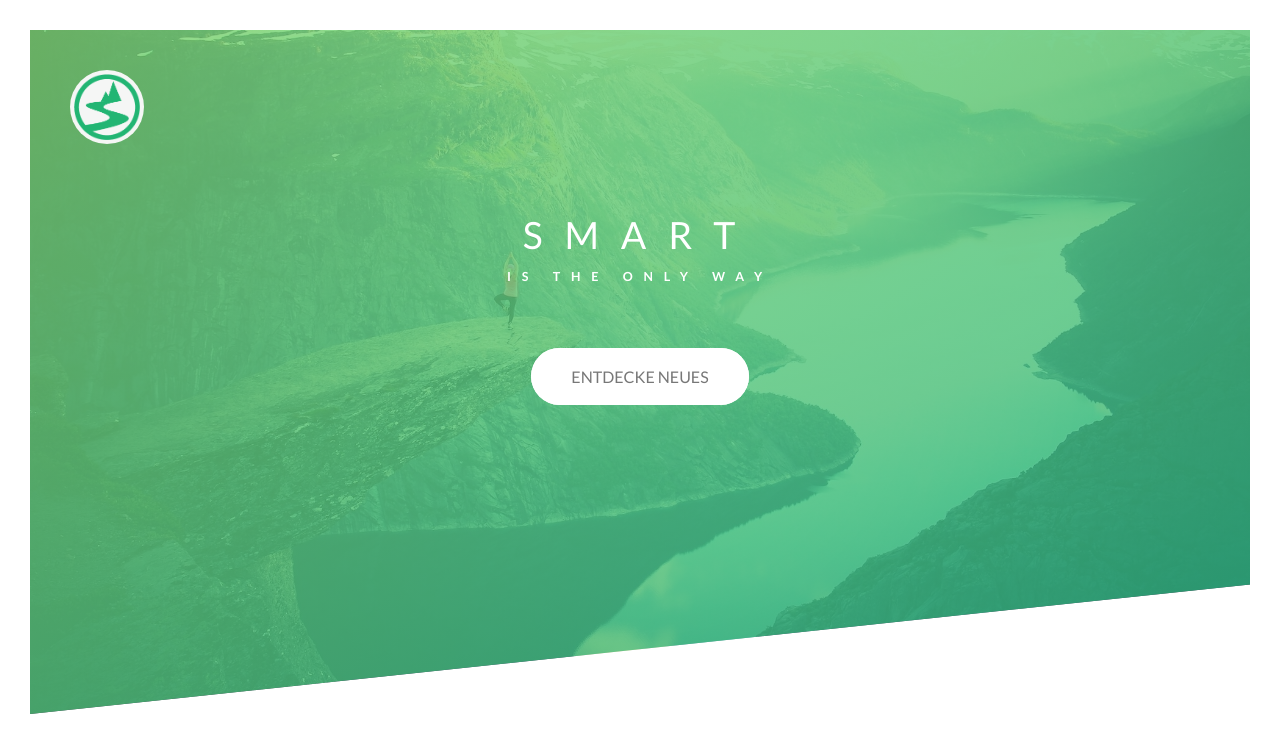
Repository: mukiSabljakovic/NatoursV1
Page: index.html
The author's editor kept a copy of each file at every save. The page is drawn from the files as they stood at one save, then again after the next save.
The browser window is 1280 px wide. The pictures show the whole page.
Some web libraries are served in a nearby version.

Above is the page before, as saved 2020-05-11 17:04:47.

### index.html
<!DOCTYPE html>
<html lang="en">
    <head>
        <meta charset="UTF-8">
        <meta name="viewport" content="width=device-width, initial-scale=1.0">

        <link href="https://fonts.googleapis.com/css?family=Lato:100,300,400,700,900" rel="stylesheet">

        <link rel="stylesheet" href="https://use.fontawesome.com/releases/v5.13.0/css/all.css" integrity="sha384-Bfad6CLCknfcloXFOyFnlgtENryhrpZCe29RTifKEixXQZ38WheV+i/6YWSzkz3V" crossorigin="anonymous">
        <link rel="stylesheet" href="style.css">
        <link rel="stylesheet" href="css/style.css">
        <link rel="shortcut icon" type="image/png" href="img/favicon.png">

        <title>Natours | Exciting tours for adventurous people</title>
    </head>
    <body>
       <header class="header">
           <div class="header__logo-box">
               <img class="header__logo" src="img/logo.png" alt="Natours Logo">
           </div>

           <div class="header__text-box">
               <h1 class="heading-primary">
                   <span class="heading-primary--main">Smart</span>
                   <span class="heading-primary--sub">is the only way</span>
               </h1>
               <a href="#" class="btn btn--white btn--animated">Entdecke neues</a>
           </div>

       </header>

    </body>
</html>

### css/style.css
@import url('https://fonts.googleapis.com/css2?family=Lato:wght@300;400;900&display=swap');

/*
COLORS:

Light green: #7ed56f
Medium green: #55c57a
Dark green: #28b485

*/

/* Basic Reset */


*,
*::after,
*::before {
    margin: 0;
    padding: 0;
    box-sizing: inherit;
}

html {
    font-size: 10px;
}

body {
    font-family: 'Lato', sans-serif;
    font-weight: 400;
    font-size: 1.6rem;
    line-height: 1.7;
    color: #777;
    padding: 3rem;

    box-sizing: border-box;
}

.header {
    height: 95vh;
    background-image: linear-gradient(
        to right bottom,
        rgba(126, 213, 111, .8),
        rgba(40, 180, 131, .8)),
        url(../img/hero.jpg);
    background-size: cover;
    background-position: top;

    clip-path: polygon(0 0, 100% 0, 100% 77vh, 0 100%);
    position: relative;
}

.header__logo-box {
    position: absolute;
    top: 4rem;
    left: 4rem;
    background: rgb(245, 246, 245);
    border-radius: 100%;
    display: flex;
    padding: .4rem;
}

.header__logo {
    height: 66px;
}

.header__text-box {
    position: absolute;
    top: 40%;
    left: 50%;
    transform: translate(-50%, -50%);
    text-align: center;
}

.heading-primary {
    color: #fff;
    text-transform: uppercase;

    /* Fix animation shaking */
    backface-visibility: hidden;
    margin-bottom: 60px;
}

.heading-primary--main {
    display: block;
    font-size: 3.75rem;
    font-weight: 400;
    letter-spacing: 2.1875rem;

    animation-name: moveInLeft;
    animation-duration: 1s;
    animation-timing-function: ease-out;
}

.heading-primary--sub {
    display: block;
    font-size: 1.25rem;
    font-weight: 700;
    letter-spacing: 1.0875rem;

    animation: moveInRight 1s ease-out;
}

@keyframes moveInLeft {
    0% {
        opacity: 0;
        transform: translateX(-100%);
    }

    80% {
        transform: translateX(10px);
    }

    100% {
        opacity: 1;
        trannsform: translate(0);
    }
}

@keyframes moveInRight {
    0% {
        opacity: 0;
        transform: translateX(100%);
    }

    80% {
        transform: translateX(-10px);
    }

    100% {
        opacity: 1;
        transform: translate(0);
    }
}

@keyframes moveInBottom {
    0% {
        opacity: 0;
        transform: translateY(-30px);
    }

    100% {
        opacity: 1;
        transform: translate(0);
    }
}

.btn:link,
.btn:visited {
    text-transform: uppercase;
    text-decoration: none;
    padding: 15px 40px;
    display: inline-block;
    border-radius: 100px;
    transition: all .2s;
}

.btn:hover {
    transform: translateY(-3px);
    box-shadow: 0 10px 20px rgba(0, 0, 0, .2);
}

.btn:active {
    transform: translateY(-1px);
    box-shadow: 0 10px 10px rgba(0, 0, 0, .2);
}

.btn--white {
    background-color: #fff;
    color: #777;
    position: relative;
}

.btn::after {
    content: "";
    display: inline-block;
    height: 100%;
    width: 100%;
    border-radius: 100px;
    position: absolute;
    top: 0;
    left: 0;
    z-index: -1;
    transition: all .2s;
}

.btn--white::after {
    background-color: #fff;
}

.btn:hover::after {
    transform: scaleX(1.4) scaleY(1.6);
    opacity: 0;
}

.btn--animated {
    animation: moveInBottom .5s ease-out .75s;
    animation-fill-mode: backwards;
}

After the next save:
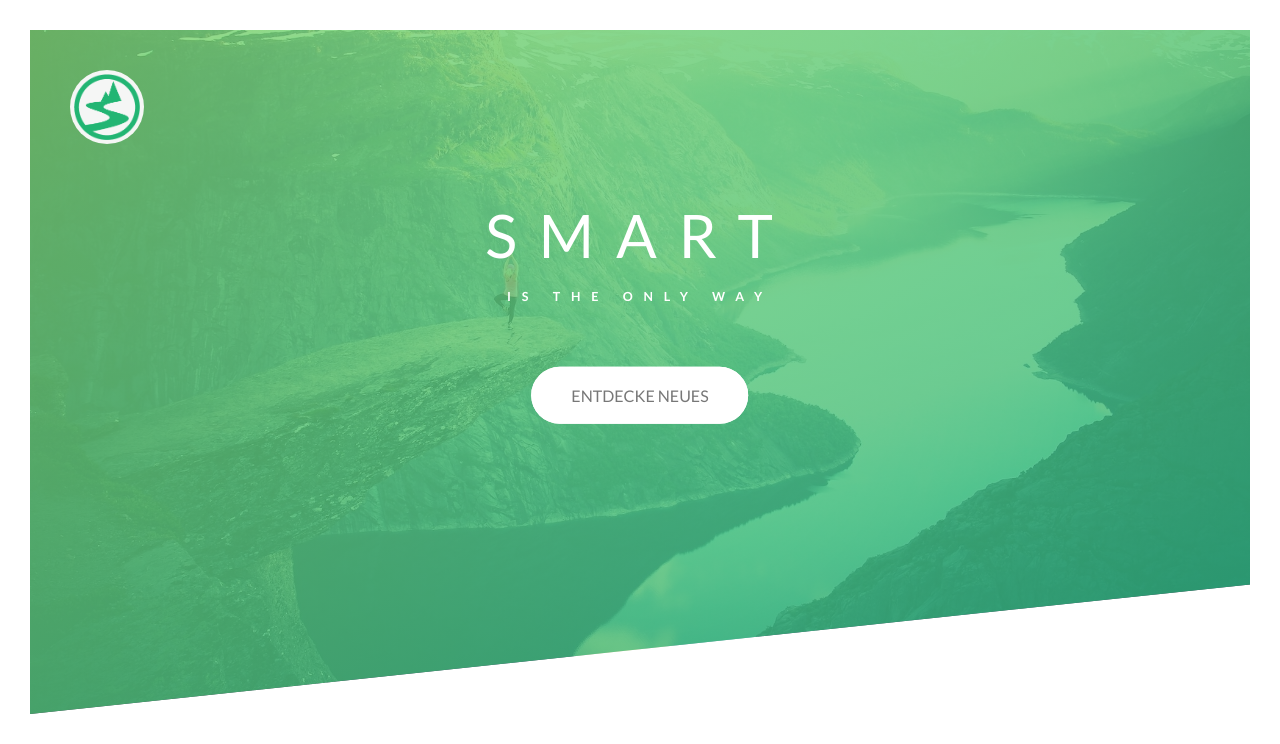
Saved 52 s later.
--- a/css/style.css
+++ b/css/style.css
@@ -60,7 +60,7 @@ body {
 }
 
 .header__logo {
-    height: 66px;
+    height: 6.6rem;
 }
 
 .header__text-box {
@@ -77,12 +77,12 @@ body {
 
     /* Fix animation shaking */
     backface-visibility: hidden;
-    margin-bottom: 60px;
+    margin-bottom: 6rem;
 }
 
 .heading-primary--main {
     display: block;
-    font-size: 3.75rem;
+    font-size: 6rem;
     font-weight: 400;
     letter-spacing: 2.1875rem;
 
